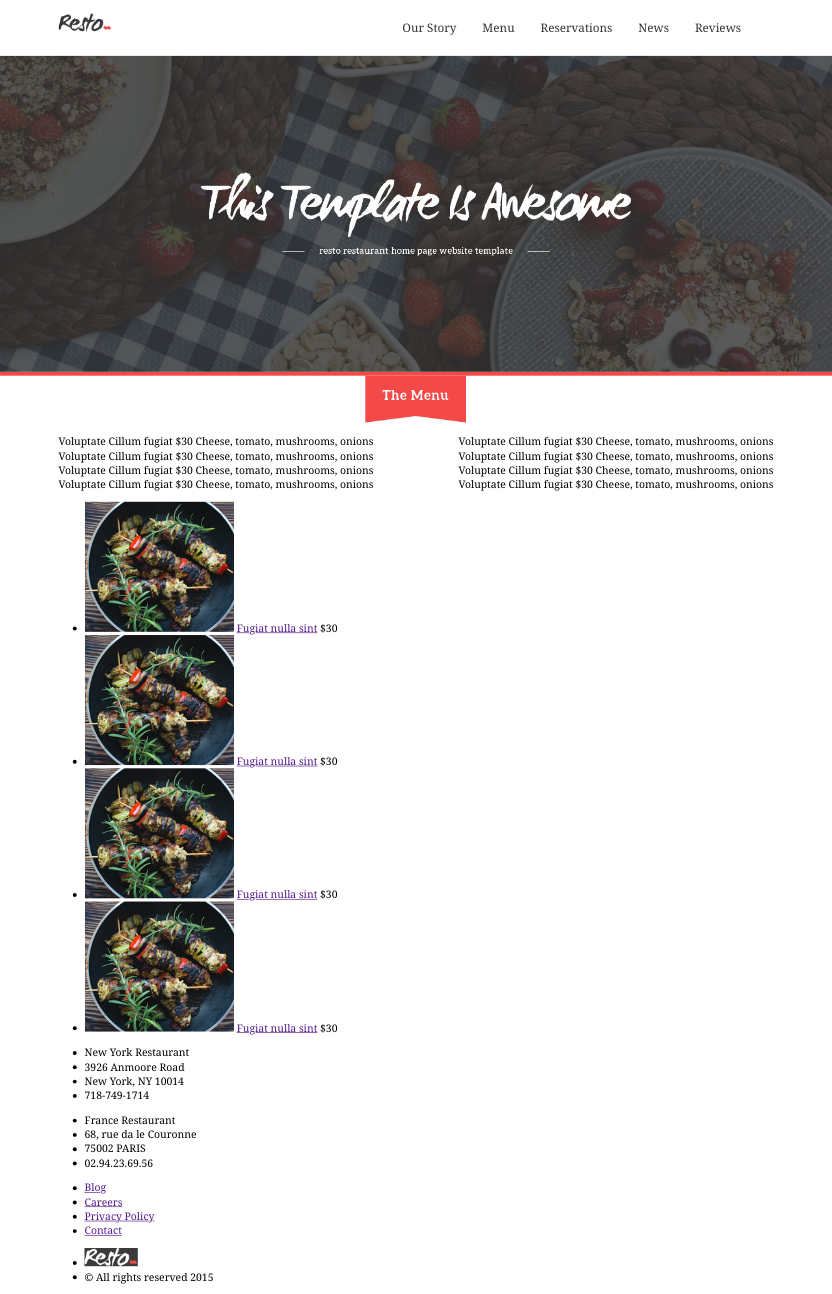
Repository: Piterwk1/psd-to-wordpress
Page: index.html
These files come from the project's save history. The page is drawn as it stood at one moment and after the next save; the edit follows.
The browser window is 1280 px wide. The pictures show the whole page, at 65% of full size.

Above is the page before, as saved 2021-09-23 01:08:37.

### index.html
<html lang="en">

<head>
    <meta charset="UTF-8">
    <meta http-equiv="X-UA-Compatible" content="IE=edge">
    <meta name="viewport" content="width=device-width, initial-scale=1.0">
    <title>Resto</title>
    <link rel="stylesheet" href="style.css">
</head>

<body>

    <header>
        <div class="wrapper" id="headerWrapper">
            <h1 class="logo">Rest</h1>
            <nav>
                <h2>Main Navigation</h2>
                <ul>
                    <li><a href="">Our Story</a></li>
                    <li><a href="">Menu</a></li>
                    <li><a href="">Reservations</a></li>
                    <li><a href="">News</a></li>
                    <li><a href="">Reviews</a></li>
                </ul>
            </nav>
        </div>
    </header>

    <!-- start homepage content -->

    <div id="main-banner">
        <img src="images/banner.jpg" alt="Welcome to Resto">
    </div>

    <div class="wrapper">
        <section id="home-menu">
            <h2>Menu</h2>
            <ul>
                <li>
                    <span class="dish">Voluptate Cillum fugiat</span>
                    <span class="price">$30</span>
                    <span class="description">Cheese, tomato, mushrooms, onions</span>
                </li>
                <li>
                    <span class="dish">Voluptate Cillum fugiat</span>
                    <span class="price">$30</span>
                    <span class="description">Cheese, tomato, mushrooms, onions</span>
                </li>
                <li>
                    <span class="dish">Voluptate Cillum fugiat</span>
                    <span class="price">$30</span>
                    <span class="description">Cheese, tomato, mushrooms, onions</span>
                </li>
                <li>
                    <span class="dish">Voluptate Cillum fugiat</span>
                    <span class="price">$30</span>
                    <span class="description">Cheese, tomato, mushrooms, onions</span>
                </li>
                <li>
                    <span class="dish">Voluptate Cillum fugiat</span>
                    <span class="price">$30</span>
                    <span class="description">Cheese, tomato, mushrooms, onions</span>
                </li>
                <li>
                    <span class="dish">Voluptate Cillum fugiat</span>
                    <span class="price">$30</span>
                    <span class="description">Cheese, tomato, mushrooms, onions</span>
                </li>
                <li>
                    <span class="dish">Voluptate Cillum fugiat</span>
                    <span class="price">$30</span>
                    <span class="description">Cheese, tomato, mushrooms, onions</span>
                </li>
                <li>
                    <span class="dish">Voluptate Cillum fugiat</span>
                    <span class="price">$30</span>
                    <span class="description">Cheese, tomato, mushrooms, onions</span>
                </li>
            </ul>
        </section>

        <section id="featured">
            <ul>
                <li>
                    <img src="images/thumb-1.jpg">
                    <a href="">Fugiat nulla sint</a>
                    <span>$30</span>
                    <span class="rating"></span>
                </li>
                <li>
                    <img src="images/thumb-1.jpg">
                    <a href="">Fugiat nulla sint</a>
                    <span>$30</span>
                    <span class="rating"></span>
                </li>
                <li>
                    <img src="images/thumb-1.jpg">
                    <a href="">Fugiat nulla sint</a>
                    <span>$30</span>
                    <span class="rating"></span>
                </li>
                <li>
                    <img src="images/thumb-1.jpg">
                    <a href="">Fugiat nulla sint</a>
                    <span>$30</span>
                    <span class="rating"></span>
                </li>
            </ul>
        </section>
    </div>

    <!-- end homepage content -->

    <footer>
        <div class="wrapper">
            <ul>
                <li>New York Restaurant</li>
                <li>3926 Anmoore Road</li>
                <li>New York, NY 10014</li>
                <li>718-749-1714</li>
            </ul>
            <ul>
                <li>France Restaurant</li>
                <li>68, rue da le Couronne</li>
                <li>75002 PARIS</li>
                <li>02.94.23.69.56</li>
            </ul>
            <ul>
                <li><a href="">Blog</a></li>
                <li><a href="">Careers</a></li>
                <li><a href="">Privacy Policy</a></li>
                <li><a href="">Contact</a></li>
            </ul>
            <ul>
                <li><img src="images/white-logo.png" alt="logo"></li>
                <li>&copy; All rights reserved 2015</li>

            </ul>
        </div>
    </footer>
</body>

</html>

### style.css
body {
    font-family: Georgia, 'Times New Roman', Times, serif;
    margin: 0;
}

.wrapper {
    width: 100%;
    /* max-width: 960px; */
    max-width: 1100px;
    padding: 0 10px;
    margin:  0 auto;
}

h1.logo {
    background-image: url(images/logo.png);
    background-repeat: no-repeat;
    width: 100px;
    text-indent: -10000px;
}

#headerWrapper {
    display: flex;
    justify-content: space-between;
    width: 100%;
}

nav {

  margin-right: 10px;

}

#headerWrapper nav h2 {
    text-indent: -100000px;
    height: 0;
    margin: 0;
}

#headerWrapper nav ul {
   display: flex;
   justify-content: space-evenly;
   list-style-type:  none;
   margin: 10px 20px;
}
#headerWrapper nav li {

   margin: 20px 20px;
}
#headerWrapper nav li a{
   text-decoration: none;
   color: #333;
   font-size: 18px;
}
#headerWrapper nav li a:hover{
   color: blue;
}

#main-banner, #main-banner img{
    width: 100%;
}

#main-banner img {
    border-bottom: 6px solid #f34949;
}

#home-menu h2 {
    background-image: url(images/menu-head.png);
    background-repeat: no-repeat;
    width: 156px;
    height: 74px;
    text-indent: -10000px;
    margin: 0 auto;
}

#home-menu ul {
    display: flex;
    flex-wrap: wrap;
    justify-content: space-between;
   padding: 0;
   list-style: none;
}

After the next save:
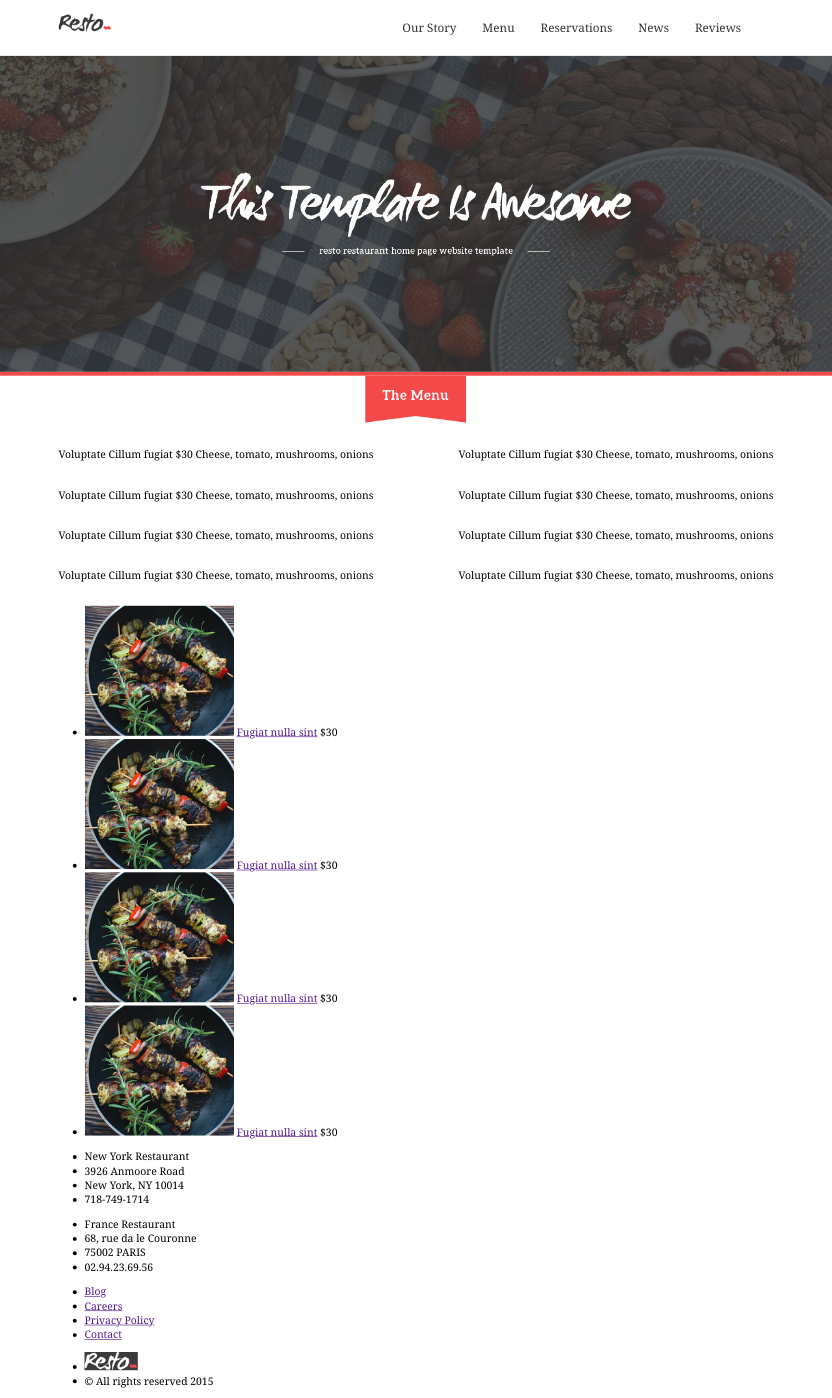
Saved 2 min 8 s later.
--- a/style.css
+++ b/style.css
@@ -79,3 +79,6 @@ nav {
    padding: 0;
    list-style: none;
 }
+#home-menu li {
+   margin: 20px 0 20px 0;
+}
